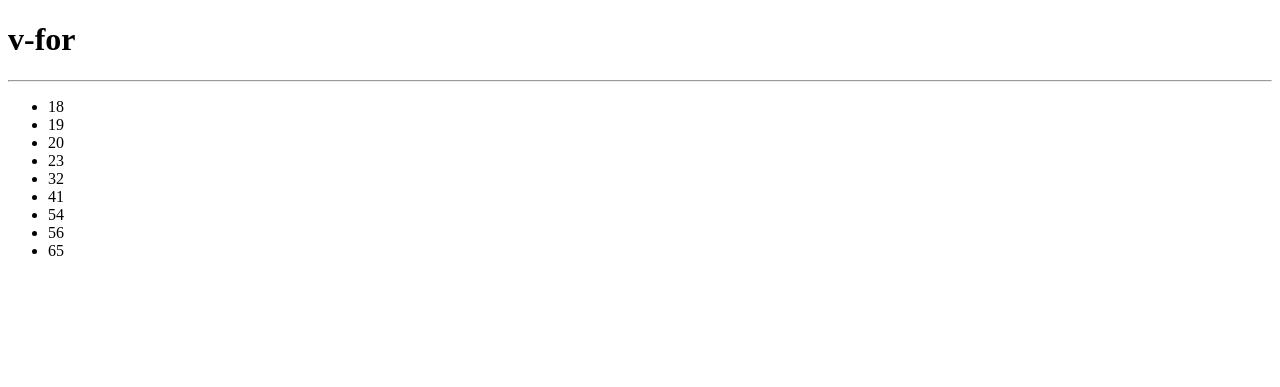
Repository: 13982720426/vue2.0-LearningNotes
Page: example/v-for.html
These files come from the project's save history. The page is drawn as it stood at one moment and after the next save; the edit follows.
The browser window is 1280 px wide. The pictures show the whole page.

Above is the page before, as saved 2021-06-17 15:52:18.

After the next save:
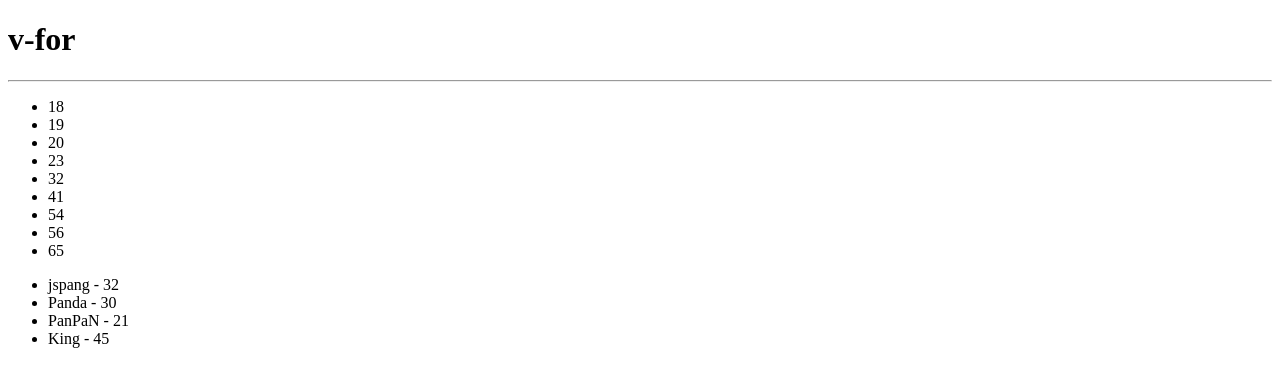
Saved 11 s later.
--- a/example/v-for.html
+++ b/example/v-for.html
@@ -13,6 +13,9 @@
     <div id="app">
       <ul>
         <li v-for="item in sortItems">{{item}}</li>
+      </ul>
+      <ul>
+        <li v-for="student in students">{{student.name}} - {{student.age}}</li>
       </ul>
     </div>
     <script type="text/javascript">
